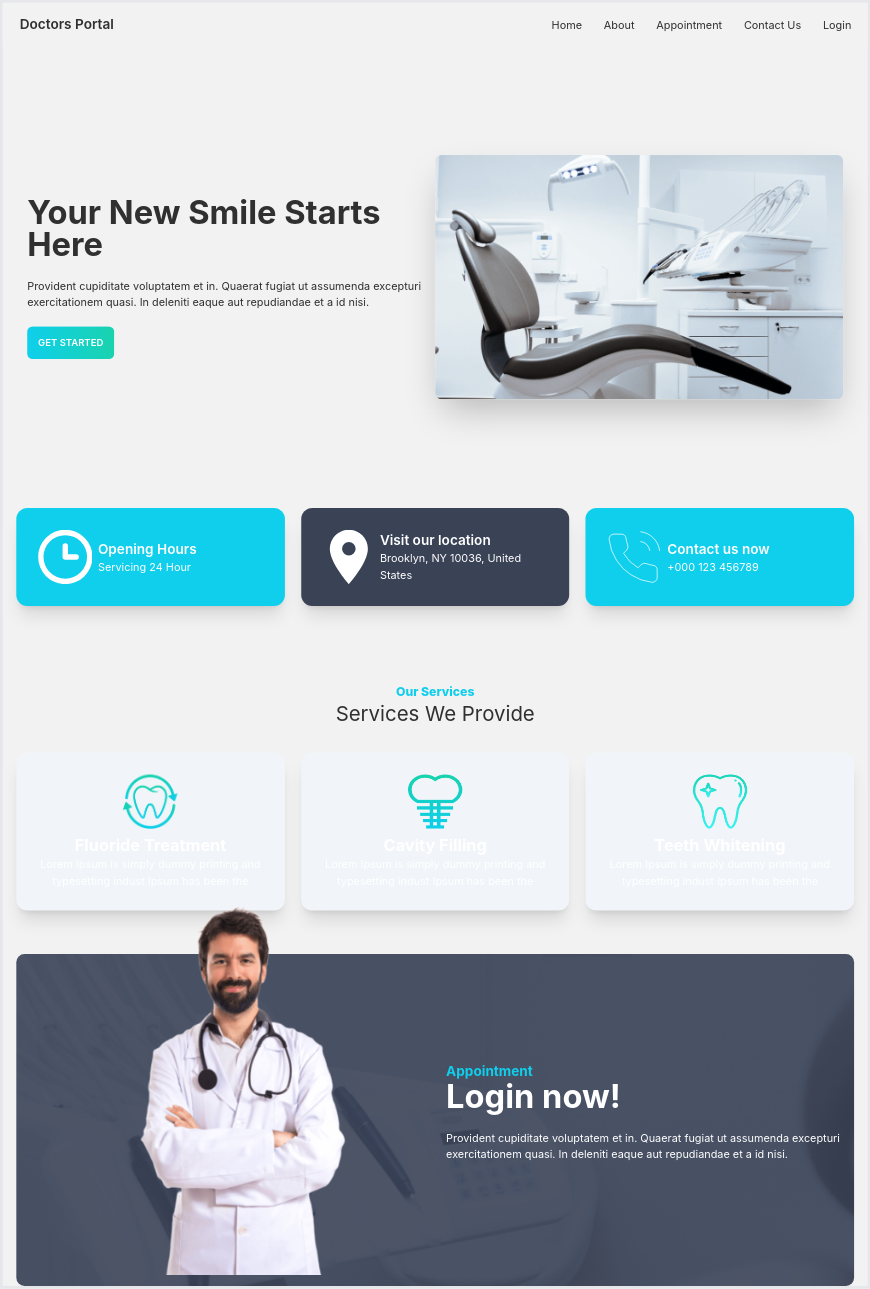
Repository: Samad77/Doctorportal-Client
Page: /
These files come from the project's save history. The page is drawn as it stood at one moment and after the next save; the edit follows.
The browser window is 1280 px wide. The pictures show the whole page, at 68% of full size.
The project was rebuilt for these pictures with package versions that can differ from the ones it lists, and the page was loaded fresh each time. Also part of the build but not shown: src/Pages/Login/Login.js.

Above is the page before, as saved 2022-11-12 18:45:24.

After the next save:
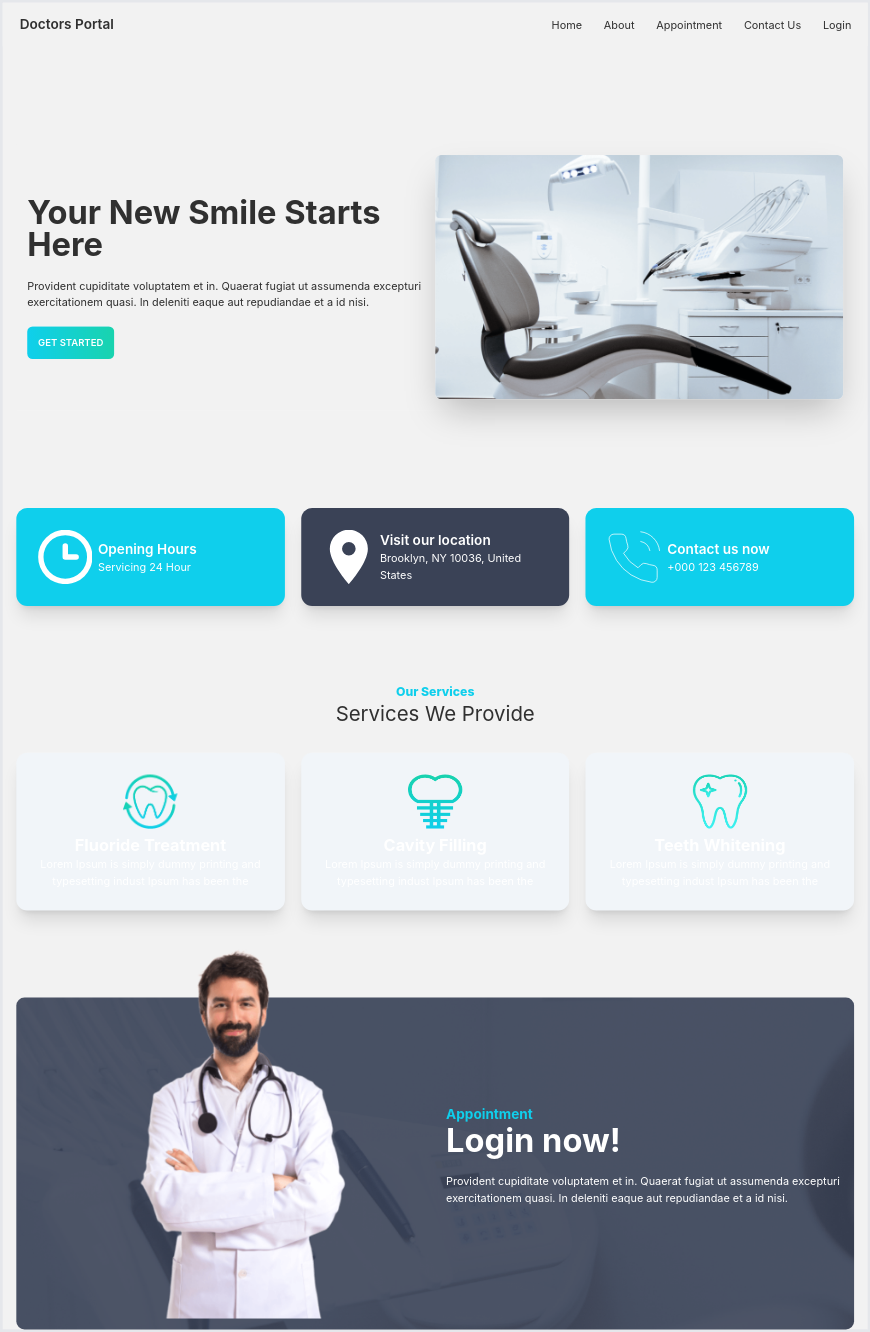
Saved 10 s later.
--- a/src/Pages/Home/MakeAppointment/MakeAppointment.js
+++ b/src/Pages/Home/MakeAppointment/MakeAppointment.js
@@ -4,7 +4,7 @@ import doctor from '../../../assets/images/doctor.png'
 
 const MakeAppointment = () => {
     return (
-        <div className="hero bg-base-100 mt-16 text-white rounded-xl" style={{background : `url(${img1})`}}>
+        <div className="hero bg-base-100 mt-32 text-white rounded-xl" style={{background : `url(${img1})`}}>
   <div className="hero-content flex-col lg:flex-row-reverse">
     <div className="text-center lg:text-left">
       <h1 className='text-primary text-xl font-bold' >Appointment</h1>
